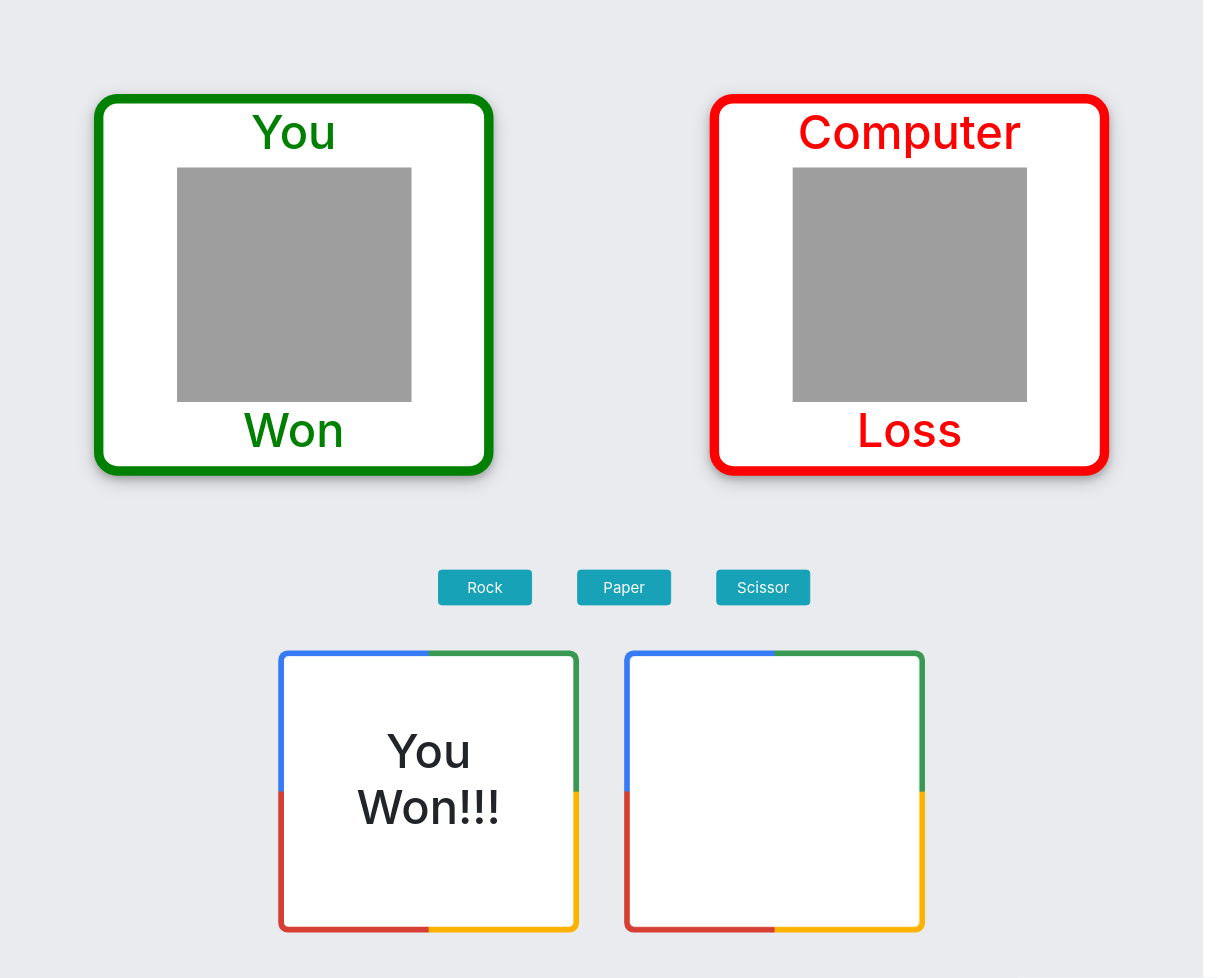
Repository: tts2610/React-Intro
Page: /
These files come from the project's save history. The page is drawn as it stood at one moment and after a run of saves; the edit follows.
The browser window is 1280 px wide. The page is 1295 px wide, so the pictures cover 1295 px, including what lies to the right of the window. The pictures show the whole page, at 94% of full size.
Pictures or frames that could not be fetched are drawn as grey boxes. Some web libraries are served in a nearby version. The project was rebuilt for these pictures with package versions that can differ from the ones it lists, and the page was loaded fresh each time.

Above is the page before, as saved 2020-05-26 23:11:15.

### public/index.html
<!DOCTYPE html>
<html lang="en">

<head>
    <meta charset="utf-8" />
    <link rel="icon" href="%PUBLIC_URL%/favicon.ico" />
    <meta name="viewport" content="width=device-width, initial-scale=1" />
    <meta name="theme-color" content="#000000" />
    <meta name="description" content="Web site created using create-react-app" />
    <link rel="apple-touch-icon" href="%PUBLIC_URL%/logo192.png" />
    <!--
      manifest.json provides metadata used when your web app is installed on a
      user's mobile device or desktop. See https://developers.google.com/web/fundamentals/web-app-manifest/
    -->
    <link rel="manifest" href="%PUBLIC_URL%/manifest.json" />
    <!--
      Notice the use of %PUBLIC_URL% in the tags above.
      It will be replaced with the URL of the `public` folder during the build.
      Only files inside the `public` folder can be referenced from the HTML.

      Unlike "/favicon.ico" or "favicon.ico", "%PUBLIC_URL%/favicon.ico" will
      work correctly both with client-side routing and a non-root public URL.
      Learn how to configure a non-root public URL by running `npm run build`.
    -->
    <title>React App</title>
    <link rel="stylesheet" href="https://maxcdn.bootstrapcdn.com/bootstrap/4.0.0/css/bootstrap.min.css" integrity="sha384-Gn5384xqQ1aoWXA+058RXPxPg6fy4IWvTNh0E263XmFcJlSAwiGgFAW/dAiS6JXm" crossorigin="anonymous">
</head>

<body>
    <noscript>You need to enable JavaScript to run this app.</noscript>
    <div id="root"></div>
    <!--
      This HTML file is a template.
      If you open it directly in the browser, you will see an empty page.

      You can add webfonts, meta tags, or analytics to this file.
      The build step will place the bundled scripts into the <body> tag.

      To begin the development, run `npm start` or `yarn start`.
      To create a production bundle, use `npm run build` or `yarn build`.
    -->
    <script src="https://code.jquery.com/jquery-3.2.1.slim.min.js" integrity="sha384-KJ3o2DKtIkvYIK3UENzmM7KCkRr/rE9/Qpg6aAZGJwFDMVNA/GpGFF93hXpG5KkN" crossorigin="anonymous"></script>
    <script src="https://cdnjs.cloudflare.com/ajax/libs/popper.js/1.12.9/umd/popper.min.js" integrity="sha384-ApNbgh9B+Y1QKtv3Rn7W3mgPxhU9K/ScQsAP7hUibX39j7fakFPskvXusvfa0b4Q" crossorigin="anonymous"></script>
    <script src="https://maxcdn.bootstrapcdn.com/bootstrap/4.0.0/js/bootstrap.min.js" integrity="sha384-JZR6Spejh4U02d8jOt6vLEHfe/JQGiRRSQQxSfFWpi1MquVdAyjUar5+76PVCmYl" crossorigin="anonymous"></script>
</body>

</html>

### src/App.js
import React , {Component } from 'react';
import './App.css';
import ChoiceCard from './components/ChoiceCard';
import Button from './components/Button';
import Result from './components/Result';
import History from './components/History';


const choices = {
  rock:
    "https://opengameart.org/sites/default/files/forum-attachments/very%20simple%20rock_0.png",
  paper: "http://pngimagesfree.com/Paper/Thumb/blank-note-paper-free-clipa.png",
  scissor: "http://www.pngmart.com/files/1/Scissors-PNG-Pic.png"
};

export default class App extends Component{
    // const [choiceDic,setChoice] = useState({me:{winner:1,imgURL:choices.rock},computer:{winner:0,imgURL:choices.scissor}})
  constructor(props){
    super(props);
    this.state = {
      me:{winner:1,imgURL:"http://www.pngmart.com/files/1/Scissors-PNG-Pic.png"},
      computer:{winner:0,imgURL:"http://pngimagesfree.com/Paper/Thumb/blank-note-paper-free-clipa.png"},
    }
  }

  randomProperty = function (obj) {
    let keys = Object.keys(obj);
    let randomNum = keys.length * Math.random() << 0;
    return [obj[keys[randomNum]],keys[randomNum]];
  };

  handleClick = (myChoice)=>{
    let random = this.randomProperty(choices)
    let computerChoice = random[1];
    let myWinnerState;
    let computerWinnerState;
    if ((myChoice==='rock' && computerChoice==='scissor')||(myChoice==='paper' && computerChoice==='rock')|| (myChoice==='scissor' && computerChoice==='paper')) {
        myWinnerState = 1;
        computerWinnerState = 0;
    }else if((computerChoice==='rock' && myChoice==='scissor')||(computerChoice==='paper' && myChoice==='rock')|| (computerChoice==='scissor' && myChoice==='paper')){
        computerWinnerState = 1;
        myWinnerState = 0;
    }
    else{
        computerWinnerState = 2;
        myWinnerState = 2;
    }
    this.setState({
      me: {winner:myWinnerState,imgURL:choices[myChoice]},
      computer:{winner:computerWinnerState,imgURL:random[0]}
    },()=>{
      // if(this.state.me.winner===1&&this.state.computer.winner===0) alert("you win!!!");
      // else alert("you loose!");
    });

  }

  render(){
    return (
      <div className="App">
        <div className="row">
          <div className="col-6">
              <ChoiceCard title="You" winner={this.state.me.winner} imgURL={this.state.me.imgURL} />
          </div>
          <div className="col-6">
              <ChoiceCard title="Computer" winner={this.state.computer.winner} imgURL={this.state.computer.imgURL}/>
          </div>
        </div>

        <div className="row rowOfButtons">
        <Button type="rock" handleClick={this.handleClick}/>
        <Button type="paper" handleClick={this.handleClick}/>
        <Button type="scissor" handleClick={this.handleClick}/>
        </div>
        <div className="row mx-auto resultContainer py-5">
          <div className="col-md-3 rainbow mr-5 resultInner">
          <Result result={[this.state.me.winner,this.state.computer.winner]}/>
          </div>
          <div className="col-md-3 rainbow">

          </div>

        </div>
      </div>
    );
  }

}

### src/App.css
.App {
    min-height: 100vh;
    text-align: center;
    background-color: #e9ebee;
}

.rowOfButtons {
    display: flex;
    justify-content: center;
}

.rowOfButtons button {
    width: 100px;
}

.choice-card {
    flex: 1;
    display: flex;
    margin: 100px;
    font-size: 3em;
    padding: 0 40px;
    font-weight: 300;
    text-align: center;
    border-radius: 25px;
    flex-direction: column;
    align-items: center;
    border: 1px solid black;
    background-color: white;
    justify-content: space-around;
    box-shadow: 0 4px 8px 0 rgba(0, 0, 0, 0.2), 0 6px 20px 0 rgba(0, 0, 0, 0.19);
}

img {
    width: 250px;
    height: 250px;
}

h1 {
    font-size: 50px;
}

.winner {
    color: green;
    border: 10px solid green;
}

.loser {
    color: red;
    border: 10px solid red;
}

.tie {
    border: 10px solid black;
}

.result {
    width: max-content;
    display: flex;
    justify-content: center;
}

@-webkit-keyframes rotate {
    100% {
        -webkit-transform: rotate(1turn);
        transform: rotate(1turn);
    }
}

@keyframes rotate {
    100% {
        -webkit-transform: rotate(1turn);
        transform: rotate(1turn);
    }
}

.rainbow {
    position: relative;
    z-index: 0;
    width: 400px;
    height: 300px;
    border-radius: 10px;
    overflow: hidden;
    padding: 2rem;
    padding-bottom: 50px;
}

.rainbow::before {
    content: '';
    position: absolute;
    z-index: -2;
    left: -50%;
    top: -50%;
    width: 200%;
    height: 200%;
    background-color: #399953;
    background-repeat: no-repeat;
    background-size: 50% 50%, 50% 50%;
    background-position: 0 0, 100% 0, 100% 100%, 0 100%;
    background-image: -webkit-gradient(linear, left top, left bottom, from(#399953), to(#399953)), -webkit-gradient(linear, left top, left bottom, from(#fbb300), to(#fbb300)), -webkit-gradient(linear, left top, left bottom, from(#d53e33), to(#d53e33)), -webkit-gradient(linear, left top, left bottom, from(#377af5), to(#377af5));
    background-image: linear-gradient(#399953, #399953), linear-gradient(#fbb300, #fbb300), linear-gradient(#d53e33, #d53e33), linear-gradient(#377af5, #377af5);
    -webkit-animation: rotate 4s linear infinite;
    animation: rotate 4s linear infinite;
}

.rainbow::after {
    content: '';
    position: absolute;
    z-index: -1;
    left: 6px;
    top: 6px;
    width: calc(100% - 12px);
    height: calc(100% - 12px);
    background: white;
    border-radius: 5px;
}

.resultInner {
    display: flex;
    align-items: center;
    justify-content: center;
}

.resultContainer {
    justify-content: center;
}

### src/components/ChoiceCard.js
import React from 'react'

export default function ChoiceCard({title,winner,imgURL}) {

        if(winner===2){
            return (
                <div className={`choice-card tie`}>
                    <h1>{title}</h1>
                    <img src={imgURL} alt={imgURL}/>
                    <h1>Tie</h1>
                </div>
                );
        }
        return (
        <div className={`choice-card ${winner ? 'winner' : 'loser'}`}>
            <h1>{title}</h1>
            <img src={imgURL} alt={imgURL}/>
            <h1>{winner ? 'Won' : 'Loss'}</h1>
        </div>
        );
}

### src/components/Button.js
import React from 'react'

export default function Button({handleClick,type}){
    return (
        <div>
            <button type="button" className="btn btn-info ml-5 text-capitalize" onClick={()=>handleClick(type)} >{type}</button>
        </div>
    );
}

### src/components/Result.js
import React from 'react'

export default function Result({result}){
    if(result[0]>result[1])
        return (<div className="resultInner">
                    <h1>You Won!!!</h1>
                </div>);
    else if(result[0]<result[1]){
        return (<div className="resultInner">
            <h1>You Lost!!!</h1>
        </div>);
    }else{
        return (<div className="resultInner">
            <h1>Tie Game!!!</h1>
        </div>);
    }
}

### src/components/History.js
import React from 'react'

export default function History({historyList}){
    const historyItems=[];
    historyList.forEach(history => {
        historyItems.push(
            <div>
                <li>
                    {history}
                </li>
                </div>
        )
    });
    return (
        <div className="rainbow">
            <h1>History</h1>
            <ul>
            {historyItems}
            </ul>
        </div>
    );
}

Loaded but not shown: src/index.js (common file); src/index.css (common file); src/serviceWorker.js (common file)

After the next 2 saves:
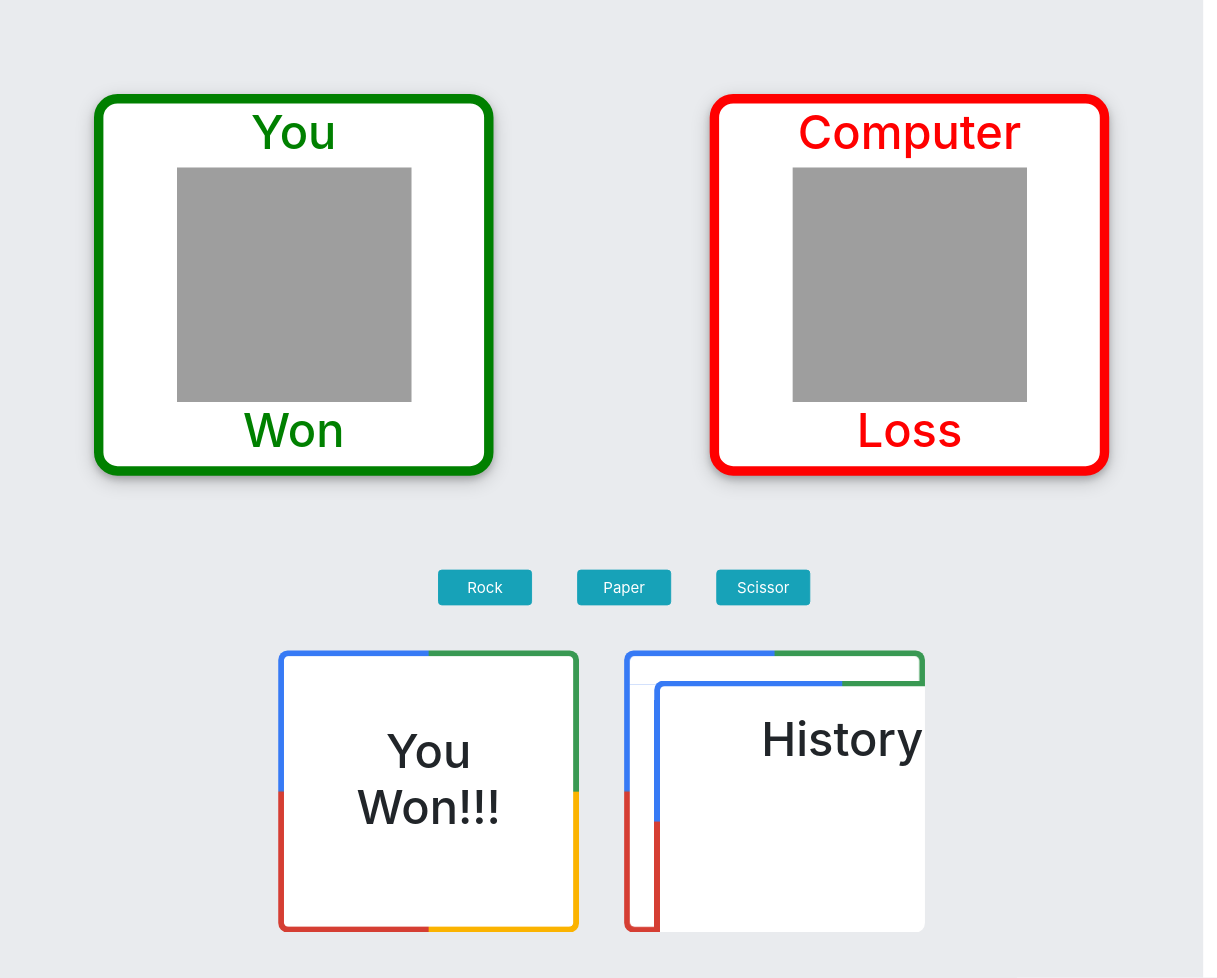
The 2 saves are shown as one change because 1 did not build or start.
The last was saved 82 s later.
--- a/src/App.js
+++ b/src/App.js
@@ -20,6 +20,7 @@ export default class App extends Component{
     this.state = {
       me:{winner:1,imgURL:"http://www.pngmart.com/files/1/Scissors-PNG-Pic.png"},
       computer:{winner:0,imgURL:"http://pngimagesfree.com/Paper/Thumb/blank-note-paper-free-clipa.png"},
+      history:[]
     }
   }
 
@@ -77,7 +78,7 @@ export default class App extends Component{
           <Result result={[this.state.me.winner,this.state.computer.winner]}/>
           </div>
           <div className="col-md-3 rainbow">
-
+            <History historyList={this.state.history}/>
           </div>
 
         </div>
